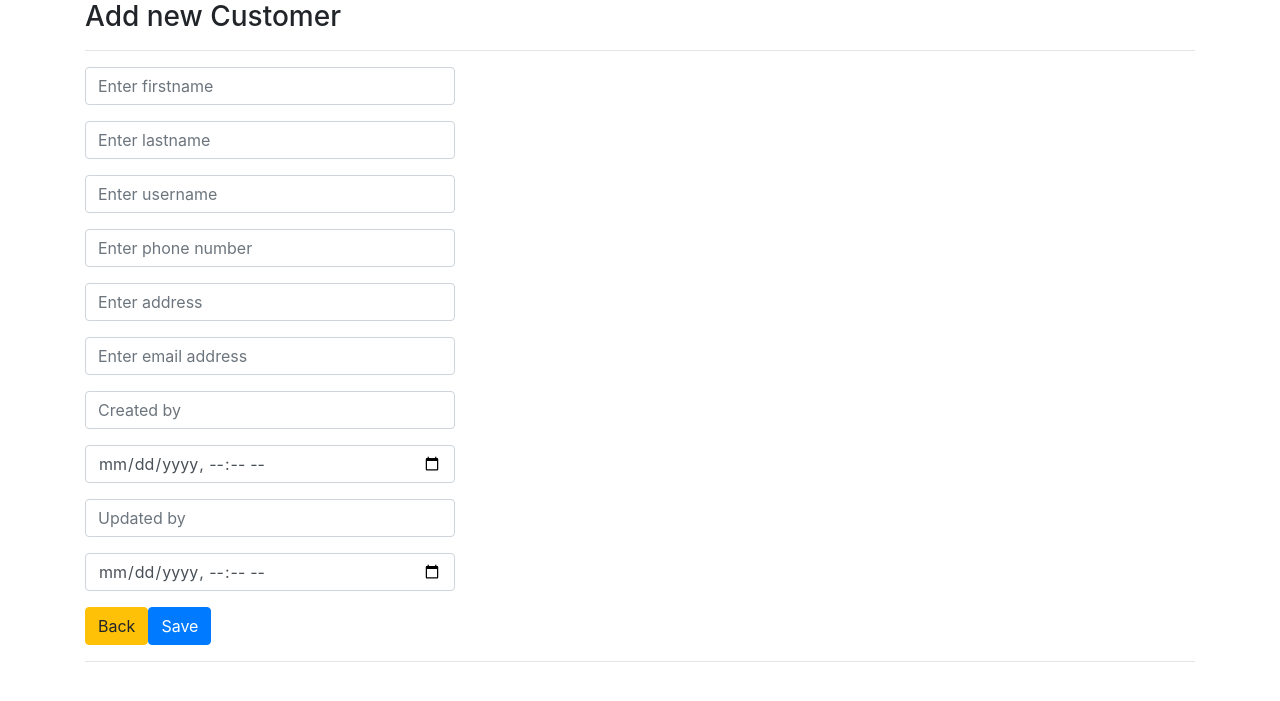
Repository: messimacky/Movie-Rental-System-Front-End
Page: /add-customer
These files come from the project's save history. The page is drawn as it stood at one moment and after the next save; the edit follows.
The browser window is 1280 px wide. The pictures show the whole page.
The project was rebuilt for these pictures with package versions that can differ from the ones it lists, and the page was loaded fresh each time. Also part of the build but not shown: src/services/movie.service.js, src/components/AddMovie.js, src/components/MoviesList.js, src/components/NotFound.js, src/components/login/Login.js, src/components/CustomerList.js, src/services/rental.service.js, src/components/RentalsList.js and 4 more.

Above is the page before, as saved 2022-04-21 14:55:27.

After the next save:
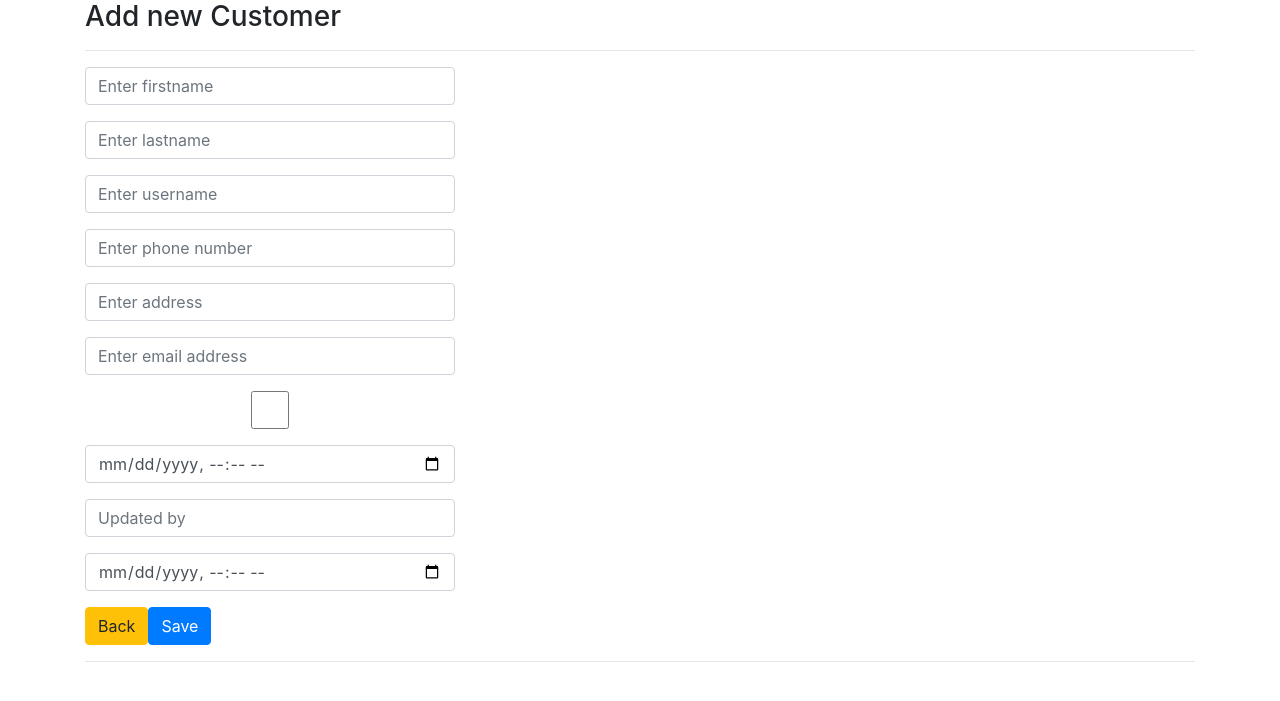
Saved 33 s later.
--- a/src/components/AddCustomer.js
+++ b/src/components/AddCustomer.js
@@ -156,7 +156,7 @@ const AddCustomer = () => {
 
                 <div className="form-group">
                     <input
-                        type="text"
+                        type="checkbox"
                         className="form-control col-4"
                         id="createdby"
                         value={created_by}
